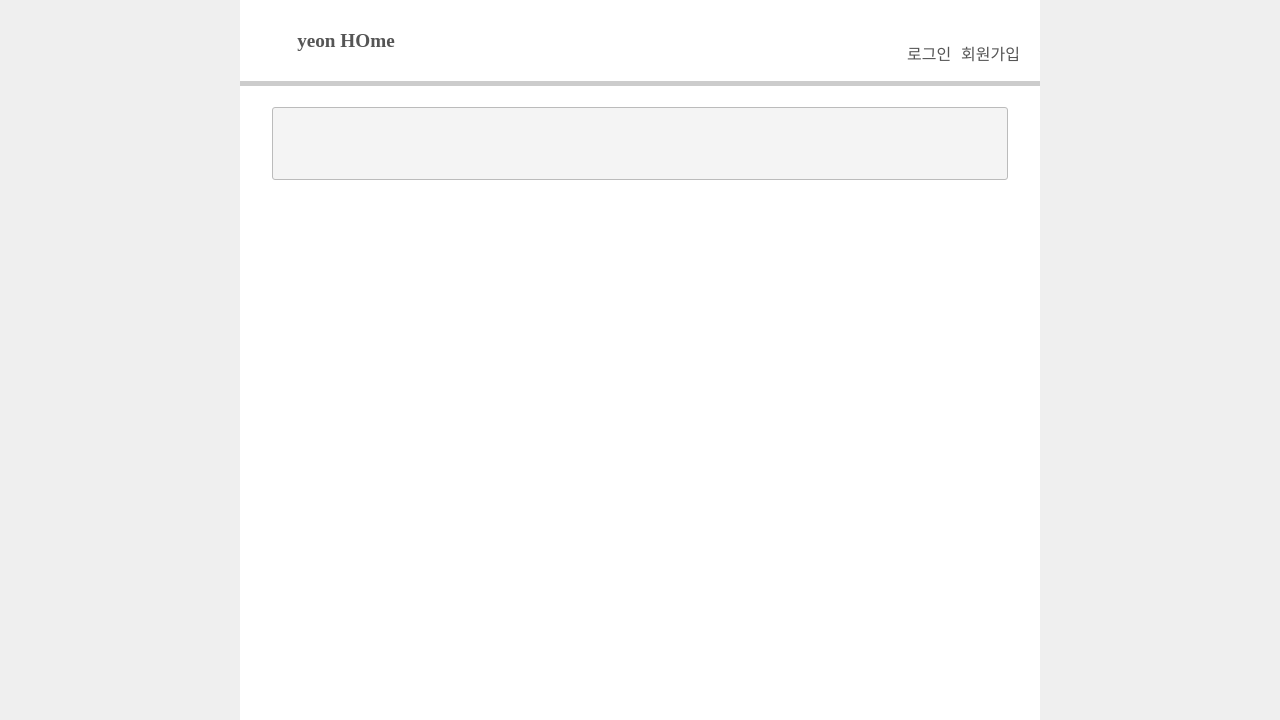
Repository: yeonhwa323/webPro
Page: webPro/src/main/webapp/javascript/days07/ex09_02.html
The author's editor kept a copy of each file at every save. The page is drawn from the files as they stood at one save, then again after the next save.
The browser window is 1280 px wide. The pictures show the whole page.
Some web fonts or font styles are not loaded; a fallback is used.

Above is the page before, as saved 2024-04-15 03:21:35.

### webPro/src/main/webapp/javascript/days07/ex09_02.html
<!DOCTYPE html>
<html>
<head>
<meta charset="UTF-8">
<meta name="viewport" content="width=device-width, initial-scale=1.0">
<title>Insert title here</title>
<link rel="shortcut icon" type="image/x-icon" href="http://localhost/webPro/images/SiSt.ico">
<script src="https://ajax.googleapis.com/ajax/libs/jquery/3.7.1/jquery.min.js"></script>
<link rel="stylesheet" href="http://localhost/webPro/resources/cdn-main/example.css">
<script src="http://localhost/webPro/resources/cdn-main/example.js"></script>
<style>
 span.material-symbols-outlined{
   vertical-align: text-bottom;
 }
</style>
</head>
<body>
<header>
  <h1 class="main"><a href="#" style="position: absolute;top:30px;">yeon HOme</a></h1>
  <ul>
    <li><a href="#">로그인</a></li>
    <li><a href="#">회원가입</a></li>
  </ul>
</header>
<div>
  <xmp class="code">

  </xmp>
</div>
</body>
</html>

### webPro/src/main/webapp/resources/cdn-main/example.css
@charset "UTF-8";

@import url('https://fonts.googleapis.com/css2?family=Material+Symbols+Outlined:opsz,wght,FILL,GRAD@20..48,100..700,0..1,-50..200');

@font-face {
    font-family: 'GmarketSansMedium';
    src: url('https://cdn.jsdelivr.net/gh/projectnoonnu/noonfonts_2001@1.1/GmarketSansMedium.woff') format('woff');
    font-weight: normal;
    font-style: normal;
}

:root {
	--text-color: #555;
	--sub-text-color: #777;
	--back-color: #EFEFEF;
	--header-color: #444;
	--primary-color: #DEDEDE;
	--secondary-color: #EFEFEF;
	--default-width: 800px;
	--narrow-width: 500px;
	--wide-width: 1200px;
	--text-font: 'GmarketSansMedium';
	--icon-font: 'Material Symbols Outlined';
	--border-color: #CCC;
}

html, body {
	margin: 0;
	padding: 0;
}

html {
	background-color: var(--back-color);
	display: flex;
	justify-content: center;
	min-height: 100vh;
}

body, body.default {
	width: var(--default-width);
	background-color: white;
	padding-bottom: 120px;
}

body.wide {
	width: var(--wide-width);
}

body.narrow {
	width: var(--narrow-width);
}



body, p, div, span, a, input, select, option, textarea, button, table, th, td, label, fieldset, legend {
	font-family: var(--text-font);
	color: var(--text-color);
}

h1, h2, h3 {
	font-family: var(--text-font);
	color: var(--header-color);
	padding: 0 1rem;
	padding-top: .5rem;
}

div > h1, div > h2, div > h3 {
	padding: 0;
}

body > div, body > main > div {
	padding: 0.3rem 1rem;
}


h1 { font-size: 2rem; border-bottom: 1px solid var(--border-color); }
h1 small { font-size: 1.2rem; color: var(--sub-text-color); }
h2 { font-size: 1.5rem; border-bottom: 1px dashed var(--border-color); }
h2 small { font-size: 1.1rem; color: --sub-text-color; }
h3 { font-size: 1.2rem; }
h3 small { font-size: 1rem; color: --sub-text-color; }



h1.main::before {
	font-family: var(--icon-font);
  	content: '\e666';
  	margin-right: 10px;
  	float: left;
	font-size: 2.5rem;
}

h1.sub::before {
	font-family: var(--icon-font);
  	content: '\ea19';
  	margin-right: 10px;
  	float: left;
	font-size: 2.5rem;
}


h1.page::before {
	font-family: var(--icon-font);
  	content: '\e0e0';
  	margin-right: 10px;
  	float: left;
	font-size: 2.5rem;
}

body > header > ul > li > .active{
	background-color: #FFF;
	color:#F00;
}

body > header {
	display: flex;
	justify-content: space-between;
	border-bottom: 5px solid var(--border-color);
	min-height: 74px;
	background-color: #FFF;
}

body > header.sticky {
	position: sticky;
	top: 0;
	z-index: 98;
}

body > header > h1 {
	font-size: 1.2rem;
	border: 0;
}

body > header.in > h1::before {
	font-family: var(--icon-font);
  	content: '\e332‥';
  	margin-right: 3px;
  	float: left;
	font-size: 2rem;
}


body > header > ul {
	list-style-type: none;
	display: flex;
	align-items: flex-end;
	margin-right: 10px;
}

body > header > ul > li {
	margin-right: 10px;
	cursor: pointer;
}

body > header > ul > li > a {
	cursor: pointer;
}


form {
	display: block;
}

form > div {
	padding: 0.3rem 1rem;
}

div > form > div {
	padding: 0.3rem 0;
}

input, textarea, button, select {
	border: 1px solid #BBB;
	border-radius: 3px;
	outline: none;
	resize: none;
	padding: 7px;
	margin: 0;
}

input[type=text]:read-only, textarea:read-only {
	cursor: not-allowed;
	background-color: #FFF;
}

input[type=text]:disabled, textarea:disabled {
	cursor: not-allowed;
	background-color: #EEE;
}

input[type=text], input[type=password], textarea, button, select {
	/* width: 300px; */
}

textarea {
	display: block;
	height: 100px;
}

input[type=button], input[type=submit], button {
	/* width: inherit; */
}

input.short, textarea.short, button.short, select.short {
	width: 100px;
}

input.long, textarea.long, button.long, select.long {
	width: 350px;
}

.narrow input.long, .narrow textarea.long, .narrow button.long, .narrow select.long {
	width: calc(100% - 20px);
}

input.full, textarea.full, button.full, select.full {
	width: calc(100% - 20px);
}

textarea.short {
	height: 50px;
}

textarea.long {
	height: 100px;
}

textarea.full {
	height: 200px;
}

input, textarea {
	padding-top: 8px;
}

input[type=button], input[type=submit], button {
	padding: 5px 10px;
	background-color: var(--secondary-color);
	cursor: pointer;
	min-height: 36px;
}

input[type=button].primary, input[type=submit].primary, button.primary {
	/* background-color: rgba(100, 149, 237, .2); */
	background-color: var(--primary-color);
}

input[type=button].primary:hover, input[type=submit].primary:hover, button.primary:hover {
	/* background-color: rgba(100, 149, 237, .3); */
	background-color: var(--secondary-color);
}

input[type=button]:hover, input[type=submit]:hover, button:hover {
	background-color: var(--primary-color);
}

button {
	position: relative;
	left: 0;
	top: 0;
	padding-left: 35px;
}

button .material-symbols-outlined {
	position: absolute;
	left: 10px;
	top: 4px;
}

/* k2nik add */
button.login::before {
	font-family: var(--icon-font);
  	content: '\ea77';
	position: absolute;
	left: 11px;
	top: 4px;
	font-size: 1.25rem;
}

/* k2nik logout */
button.logout::before {
	font-family: var(--icon-font);
  	content: '\e9ba';
	position: absolute;
	left: 11px;
	top: 4px;
	font-size: 1.25rem;
}

/* k2nik help */
button.help::before {
	font-family: var(--icon-font);
  	content: '\f1c0';
	position: absolute;
	left: 11px;
	top: 4px;
	font-size: 1.25rem;
}

button.add::before{
	font-family: var(--icon-font);
  	content: '\e746';
	position: absolute;
	left: 11px;
	top: 4px;
	font-size: 1.25rem;
}

button.back::before {
	font-family: var(--icon-font);
  	content: '\e166';
	position: absolute;
	left: 11px;
	top: 4px;
	font-size: 1.25rem;
}

button.list::before {
	font-family: var(--icon-font);
  	content: '\e0ee';
	position: absolute;
	left: 11px;
	top: 4px;
	font-size: 1.25rem;
}


button.del::before {
	font-family: var(--icon-font);
  	content: '\e872';
	position: absolute;
	left: 11px;
	top: 4px;
	font-size: 1.25rem;
}


button.edit::before {
	font-family: var(--icon-font);
  	content: '\e745';
	position: absolute;
	left: 11px;
	top: 4px;
	font-size: 1.25rem;
}


button.login::before {
	font-family: var(--icon-font);
  	content: '\ea77';
	position: absolute;
	left: 11px;
	top: 4px;
	font-size: 1.25rem;
}


button.logout::before {
	font-family: var(--icon-font);
  	content: '\e9ba';
	position: absolute;
	left: 11px;
	top: 4px;
	font-size: 1.25rem;
}


button.in::before {
	font-family: var(--icon-font);
  	content: '\f71a';
	position: absolute;
	left: 11px;
	top: 4px;
	font-size: 1.25rem;
}


button.out::before {
	font-family: var(--icon-font);
  	content: '\f70e';
	position: absolute;
	left: 11px;
	top: 4px;
	font-size: 1.25rem;
}


button.reply::before {
	font-family: var(--icon-font);
  	content: '\e15e';
	position: absolute;
	left: 11px;
	top: 4px;
	font-size: 1.25rem;
}


button.comment::before {
	font-family: var(--icon-font);
  	content: '\e0b9';
	position: absolute;
	left: 11px;
	top: 4px;
	font-size: 1.25rem;
}


button.modal::before {
	font-family: var(--icon-font);
  	content: '\e89e';
	position: absolute;
	left: 11px;
	top: 4px;
	font-size: 1.25rem;
}


button.ok::before {
	font-family: var(--icon-font);
  	content: '\e86c';
	position: absolute;
	left: 11px;
	top: 4px;
	font-size: 1.25rem;
}


button.cancel::before {
	font-family: var(--icon-font);
  	content: '\e5c9';
	position: absolute;
	left: 11px;
	top: 4px;
	font-size: 1.25rem;
}

button.search::before {
	font-family: var(--icon-font);
  	content: '\e8b6';
	position: absolute;
	left: 11px;
	top: 4px;
	font-size: 1.25rem;
}

button.home::before {
	font-family: var(--icon-font);
  	content: '\e88a';
	position: absolute;
	left: 11px;
	top: 4px;
	font-size: 1.25rem;
}


button.sidebar::before {
	font-family: var(--icon-font);
  	content: '\f7e4';
	position: absolute;
	left: 11px;
	top: 4px;
	font-size: 1.25rem;
}


button.sidebar-right::before {
	font-family: var(--icon-font);
  	content: '\f7e5';
	position: absolute;
	left: 11px;
	top: 4px;
	font-size: 1.25rem;
}




button::before {
	font-family: var(--icon-font);
  	content: '\e323';
	position: absolute;
	left: 11px;
	top: 4px;
	font-size: 1.25rem;
}


table {
	border-collapse: collapse;
	margin: 1rem;
	box-sizing: border-box;
	width: calc(100% - 32px);
}

table.content {
	width: auto;
}

div > table {
	margin: 0;
}

table th, table td {
	border: 1px solid var(--border-color);
	padding: 7px;
	font-weight: normal;
}

table th {
	background-color: var(--back-color);
}

table.vertical th {
	width: 150px;
}

table.vertical td {
	width: calc(100% - 182px);
	padding-left: 10px;
}

table.content td, table.content th {
	width: auto;
}

body.narrow table.vertical th {
	width: 100px;
}

body.narrow table.vertical td {
	width: calc(100% - 182px);
}


table + table {
	margin-top: 30px;
}


p {
	padding: 0 1rem;
}

a {
	text-decoration: none;
}

a:hover {
	color: rgba(255, 99, 71, .7);
}

hr {
	border: 0;
	border-top: 1px solid var(--border-color);
	margin: 2rem 0;
}

.message {
	border: 1px solid var(--border-color);
	background-color: #EFEFEF;
	margin: 1rem;
	width: auto;
	padding-top: 10px;
	padding-bottom: 10px;
	font-size: 14px;
}

.message[title]::before {
	content: attr(title);
	display: block;
	border-bottom: 1px solid var(--border-color);
	padding-bottom: 5px;
	margin-bottom: 10px;
	margin-top: 7px;
}

.message.short {
	max-width: 250px;
}

.message.long {
	max-width: 500px;
}

.badge {
	float: right;
	font-size: .8rem;
	margin-top: 2px;
	margin-right: 2px;
	text-shadow: 0 0 7px gray;
}

.badge.left {
	float: none;
	margin-left: 2px;
}

.badge.right {
	float: right;
}

.badge.red {
	border-radius: 50%;
	padding: 2px 5px;
	background-color: rgb(255, 99, 71, .3);
}

.badge.yellow {

	border-radius: 50%;
	padding: 2px 5px;
	background-color: rgb(255, 215, 0, .5);
}

.badge.blue {
	border-radius: 50%;
	padding: 2px 5px;
	background-color: rgb(100, 149, 237, .3);
}

label + label {
	margin-left: 7px;
}

label input[type=checkbox], label input[type=radio] {
	transform: translate(0, 1px);
}

.group {
	display: flex;
}

.modal-content .group {
	margin-bottom: .5rem;
}

.group label {
	border: 1px solid #BBB;
	border-radius: 3px;
	outline: none;
	resize: none;
	padding: 7px 14px;
	margin: 0;
	border-top-right-radius: 0;
	border-bottom-right-radius: 0;
	background-color: #EFEFEF;
	white-space: nowrap;
	font-size: 14px;
}

.group input[type=text] {
	margin-left: -1px;
	border-top-left-radius: 0;
	border-bottom-left-radius: 0;
}

.group select {
	margin-left: -1px;
	border-top-left-radius: 0;
	border-bottom-left-radius: 0;
}

.group input.full[type=text] {
	margin-left: -1px;
	border-top-left-radius: 0;
	border-bottom-left-radius: 0;
	width: 100%;
}

.group input[type=button]:first-child, .group button:first-child {
	border-top-left-radius: 3px;
	border-bottom-left-radius: 3px;
	margin-left: 0px;
}

.group input[type=button], .group button {
	border-radius: 0;
	margin-left: -1px;
}

.group input[type=button]:last-child, .group button:last-child {
	margin-left: -1px;
	border-top-right-radius: 3px;
	border-bottom-right-radius: 3px;
}

.seperate {
	display: flex;
	justify-content: space-between;
}

div.list {
	width: max-content;
	margin: 1rem;
	border: 1px solid #BBB;
	border-radius: 3px;
	padding: 0;
}

div.list.full {
	width: auto;
	display: block;
	margin: 1rem;
	border: 1px solid #BBB;
	border-radius: 3px;
	padding: 0;
}

div.list > div {
	padding: .5rem 1rem;
	margin: 0;
	border-bottom: 1px solid #BBB;
}

div.list > div:last-child {
	border-bottom: 0;
}

pre.code , xmp.code{
	font-family: consols;
	background-color: rgba(150, 150, 150, .1);
	border: 1px solid #BBB;
	border-radius: 3px;
	padding: .5rem 1rem;
	padding-bottom: .6rem;
	margin: 1rem;
}




*[data-modal-window] {
	position: fixed;
	background-color: rgba(0, 0, 0, .3);
	left: 0;
	top: 0;
	display: none;
	justify-content: center;
	align-items: flex-start;
	width: 100%;
	min-height: 100vh;
	z-index: 100;
	opacity: 0;
	transition: 500ms all;
}

*[data-modal-window] .modal-container {
	border-radius: 5px;
	padding: 1rem;
	padding-bottom: .5rem;
	margin-top: -500px;
	opacity: 0;
	width: 500px;
	background-color: #FFF;
	margin-right: 2rem;
	transition: 500ms all;
}

*[data-modal-size=content] .modal-container {
	width: auto;
}

*[data-modal-size=narrow] .modal-container {
	width: 300px;
}

*[data-modal-size=wide] .modal-container {
	width: 760px;
}


*[data-modal-window] .modal-header {
	border-bottom: 1px solid var(--border-color);
	padding: 2px 5px;
}

*[data-modal-window] .modal-content {
	padding: 1rem 5px;
}

*[data-modal-window] .modal-content div:last-child {
	margin-top: 1rem;
	text-align: right;
}



*[data-sidebar-window] {
	position: fixed;
	background-color: #FFF;
	left: 0;
	top: 0;
	display: block;
	width: 300px;
	border-right: 1px solid var(--border-color);
	box-sizing: border-box;
	box-shadow: 0 0 3px var(--back-color);
	min-height: 100vh;
	z-index: 99;
	transform: translate(-300px, 0);
	transition-duration: 500ms;
	transition-property: transform;
}

*[data-sidebar-direction=right] {
	left: auto;
	right: 0;
	transform: translate(300px, 0);
	border-left: 1px solid var(--border-color);
}

*[data-sidebar-size=wide] {
	width: 500px;
	transform: translate(-500px, 0);
}

*[data-sidebar-window] .sidebar-title {
	border-bottom: 1px solid var(--border-color);
	margin-top: 20px;
	margin-bottom: 20px;
	padding-bottom: 5px;
	display: flex;
	justify-content: space-between;
}

*[data-sidebar-window] .sidebar-title span:last-child {
	cursor: pointer;
}


/* K2Nik pagination */
.center {
  text-align: center;
}

.pagination {
  display: inline-block;
}

.pagination a {
  color: black;
  float: left;
  padding: 3px 6px;
  text-decoration: none;
  transition: background-color .3s;
  border: 1px solid #ddd;
  margin: 0 3px;
}

.pagination a.active {
  background-color: #4CAF50;
  color: white;
  border: 1px solid #4CAF50;
}

.pagination a:hover:not(.active) {background-color: #ddd;}

### webPro/src/main/webapp/resources/cdn-main/example.js

window.onload = () => {

    const list = document.querySelectorAll('input, textarea');

    list.forEach(item => {
        item.setAttribute('autocomplete', 'off');
    });


    const modal_btn_list = document.querySelectorAll('*[data-modal-button]');

    modal_btn_list.forEach(item => {
        item.onclick = function() {

            const name = this.dataset['modalButton'];
            const modal_window = document.querySelector('*[data-modal-window=' + name);

            const container = document.createElement('div');
            container.className = 'modal-container';



            const modal_header = document.createElement('div');
            modal_header.textContent = modal_window.dataset['modalTitle'];
            modal_header.className = 'modal-header';
            container.appendChild(modal_header);

            const modal_content = document.createElement('div');
            modal_content.className = 'modal-content';
            container.appendChild(modal_content);

            Array.from(modal_window.childNodes).forEach(item => {
                modal_content.appendChild(item);
            });

            modal_window.appendChild(container);

            modal_window.style.display = 'flex';

            setTimeout(() => {
                modal_window.style.opacity = 1;
                container.style.marginTop = '20px';
                container.style.opacity = 1;
            }, 50);


            const modal_ok = document.querySelector('*[data-modal-ok=' + name);
            modal_ok.addEventListener('click', function() {
                modal_window.style.opacity = 0;
                container.style.marginTop = '-500px';
                container.style.opacity = 0;

                setTimeout(() => {
                    modal_window.innerHTML = modal_content.innerHTML;
                    modal_window.style.display = 'none';
                }, 500);

            });

            const modal_cancel = document.querySelector('*[data-modal-cancel=' + name);
            modal_cancel.addEventListener('click', function() {

                modal_window.style.opacity = 0;
                container.style.marginTop = '-500px';
                container.style.opacity = 0;

                setTimeout(() => {
                    modal_window.innerHTML = modal_content.innerHTML;
                    modal_window.style.display = 'none';
                }, 500);
            });


        };
    });


    const sidebar_btn_list = document.querySelectorAll('*[data-sidebar-button]');

    sidebar_btn_list.forEach(item => {
        item.onclick = function() {



            const name = this.dataset['sidebarButton'];
            const sidebar_window = document.querySelector('*[data-sidebar-window=' + name);

            if (sidebar_window.style.transform == 'translate(0px, 0px)') return;



            sidebar_window.style.transform = 'translate(0, 0)';

            const sidebar_title = document.createElement('div');
            sidebar_title.className = 'sidebar-title';
            sidebar_title.innerHTML = '<span>' + sidebar_window.dataset['sidebarTitle'] + '</span><span class="material-symbols-outlined">close</span>';

            sidebar_title.children[1].onclick = function() {

                let sign = 1;
                let distance = 300;

                if (sidebar_window.dataset['sidebarDirection'] != 'right') {
                    sign = -1;
                } else {
                    sign = 1;
                }

                if (sidebar_window.dataset['sidebarSize'] != 'wide') {
                    distance = 300;
                } else {
                    distance = 500;
                }

                distance *= sign;

                sidebar_window.style.transform = 'translate(' + distance + 'px, 0)';

                setTimeout(function() {
                    sidebar_window.removeChild(sidebar_window.children[0]);
                }, 500);
            };


            sidebar_window.prepend(sidebar_title);

        }
    });

};

// window.onkeydown = function(event) {

//     if (event.keyCode == 27) {
//         if (document.querySelector('[data-modal-window').style.display == 'flex') {
//             document.querySelector('[data-modal-window').style.display = 'none';
//         }
//     }

// };

After the next save:
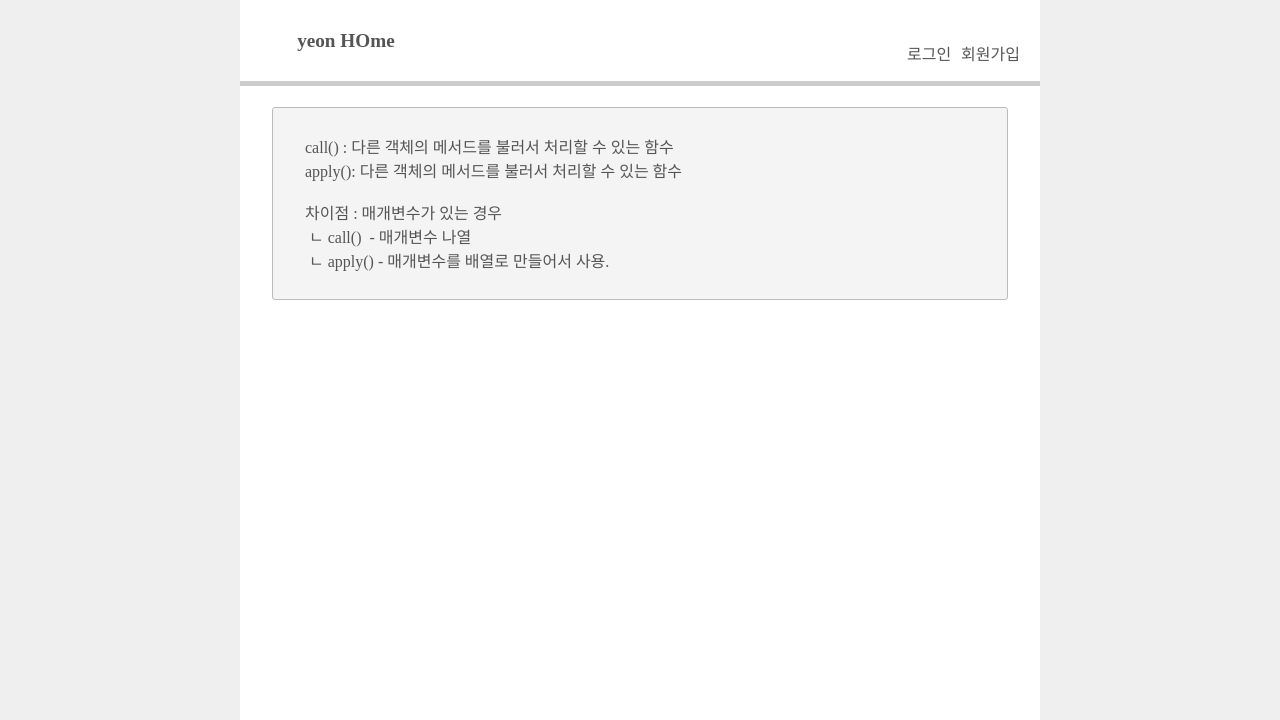
Saved 4 min 25 s later.
--- a/webPro/src/main/webapp/javascript/days07/ex09_02.html
+++ b/webPro/src/main/webapp/javascript/days07/ex09_02.html
@@ -24,8 +24,34 @@
 </header>
 <div>
   <xmp class="code">
+    call() : 다른 객체의 메서드를 불러서 처리할 수 있는 함수
+    apply(): 다른 객체의 메서드를 불러서 처리할 수 있는 함수
 
+    차이점 : 매개변수가 있는 경우
+     ㄴ call()  - 매개변수 나열
+     ㄴ apply() - 매개변수를 배열로 만들어서 사용.
   </xmp>
 </div>
+
+  <script>
+    let person1 = {
+    		name: "hong",
+    		age: 20,
+    		print:function (){
+    			return this.name +" / " + this.age;
+    		}
+    };
+    let person2 = {
+    		name: "admin",
+    		age: 40,
+    		print:function (){
+    			return this.name +" / " + this.age;
+    		}
+    };
+
+    alert( person1.print() );
+    alert( person2.print() );
+  </script>
+
 </body>
 </html>
